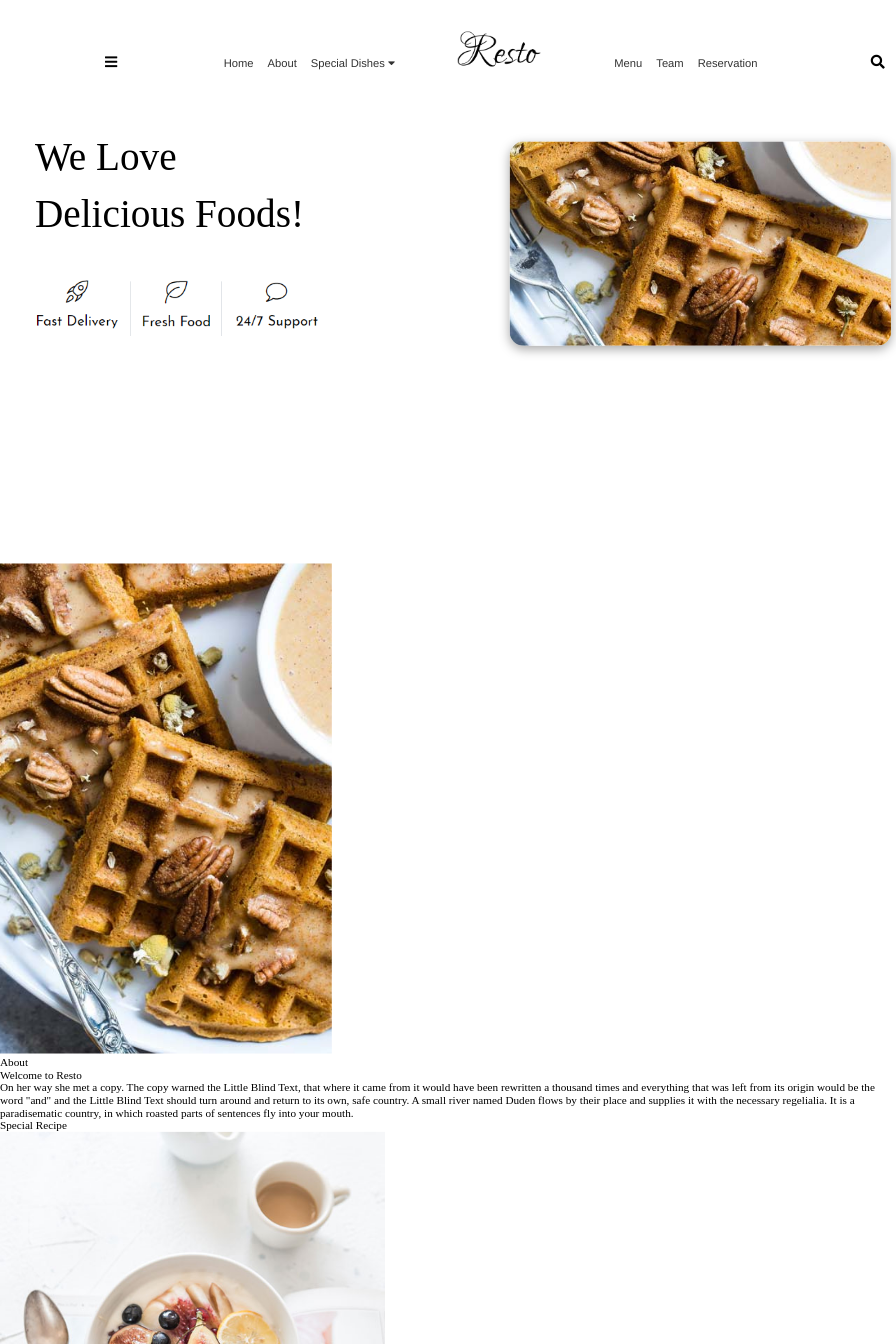
Repository: nguyenanhtuanHDU/myrestaurant
Page: index.html
These files come from the project's save history. The page is drawn as it stood at one moment and after the next save; the edit follows.
The browser window is 1280 px wide. The pictures show the part of the page from y = 0 to 1920 px (the page is 3483 px tall), at 70% of full size.

Above is the page before, as saved 2022-02-01 01:52:36.

### index.html
<!DOCTYPE html>
<html lang="en">
<head>
    <meta charset="UTF-8">
    <meta http-equiv="X-UA-Compatible" content="IE=edge">
    <meta name="viewport" content="width=device-width, initial-scale=1.0">
    <link rel="stylesheet" href="./assets/style.css">
    <link rel="stylesheet" href="./assets/icon/fontawesome-free-5.15.4-web/css/all.css">
    <link rel="stylesheet" href="./assets/main.js">
    <link rel="stylesheet" href="./aos/aos.css">
    <title>Resto</title>

</head>
<body>
    <div id="main">
        <div id="header">

            <i class="fas fa-bars" ></i>

            <ul id="nav_1" >
                <li><a href="">Home</a></li>
                <li><a href="">About</a></li>
                <li>
                <a href="">
                    Special Dishes
                    <i class="fas fa-caret-down"></i>
                </a>
                <ul class="subnav_1">
                    <li><a href="">
                        <i class="fas fa-angle-right"></i>
                        Beef Steak Sauce
                    </a></li>
                    <li><a href="">
                        <i class="fas fa-angle-right"></i>
                        Salmon Zucchini
                    </a></li>
                </ul>
                </li>
            </ul>

            <img src="./assets/image/logo.png" alt="" class="img_header" >

            <div id="nav_2">
                <ul>
                    <li><a href="">Menu</a></li>
                    <li><a href="">Team</a></li>
                    <li><a href="">Reservation</a></li>
                </ul>
            </div>

            <i class="fas fa-search"></i>

        </div>

        <div id="introduce">

            <div class="content">
                <h1 class="content_heading1">We Love</h1>
                <h1 class="content_heading2">Delicious Foods!</h1>
                <div class="list_content">
                    <img src="/assets/image/Content/1.png" alt="" class="img_content">
                    <img src="/assets/image/Content/2.png" alt="" class="img_content">
                    <img src="/assets/image/Content/3.png" alt="" class="img_content">

                </div>

                <div class="slider_dish">
                    <img class="img_dish" src="./assets/image/hero-1.jpg" >
                    <img class="img_dish" src="./assets/image/hero-2.jpg" >
                    <img class="img_dish" src="./assets/image/hero-3.jpg" >
                </div>
            </div>



            <div class="about">
                <img src="./assets/image/hero-2.jpg" alt="" class="img_about">
                <div class="about_content">
                    <div class="about_heading">About</div>
                    <div class="about_title">Welcome to Resto </div>
                    <div class="content_para">On her way she met a copy. The copy warned the Little Blind Text, that where it came from it would have been rewritten a thousand times and everything that was left from its origin would be the word "and" and the Little Blind Text should turn around and return to its own, safe country. A small river named Duden flows by their place and supplies it with the necessary regelialia. It is a paradisematic country, in which roasted parts of sentences fly into your mouth.

                    </div>

                    <div class="about_dish">
                        <div class="dish_title">Special Recipe </div>
                        <div class="list_dish">
                            <div class="dish_items">
                                <img src="./assets/image/hero-1.jpg" alt="" class="dish_img">
                                <div class="dish_name">Australian Organic Beef</div>
                            </div>
                            <div class="dish_items">
                                <img src="./assets/image/hero-1.jpg" alt="" class="dish_img">
                                <div class="dish_name">Australian Organic Beef</div>
                            </div>
                            <div class="dish_items">
                                <img src="./assets/image/hero-1.jpg" alt="" class="dish_img">
                                <div class="dish_name">Australian Organic Beef</div>
                            </div>

                        </div>
                    </div>
                </div>
            </div>
        </div>

        <div id="special">

        </div>

        <div id="menu">

        </div>

        <div id="team">

        </div>

        <div id="book">

        </div>

        <div id="footer">

        </div>
    </div>


    <script src="./assets/main.js">

    </script>
    <script src="./aos/aos.js">
        AOS.init();

    </script>


</body>
</html>

### assets/style.css
*{
    margin: 0;
    padding: 0;
    box-sizing: border-box;
}

#header{

    margin-top: 45px;
    margin-left: 150px;
}
#header .fa-bars:hover{
    color: #45b8ac;
    cursor: pointer;
    transform: rotate(360deg);
    transition: .6s ease;
}
#header .fa-bars{
    display: inline-block;
    margin-right: 140px;
    font-size: 20px;
}
#header .fa-search{
    font-size: 20px;
    margin-left: 150px;
}
#header .fa-search:hover{
    color: #45b8ac;
    cursor: pointer;
    font-size: 30px;
    transition: 0.4s ease;
}
#nav_1{
    display: inline-block;

}
#nav_1 > li {
    display: inline-block;
    position: relative;
}
#nav > li:hover{
    display: block;
}

#nav_1 > li > a {
    position: relative;
    font-family: Helvetica, Arial, sans-serif;
    opacity: 0.8;
    display: block;
    color: black;
    text-decoration: none;
    padding: 6px 8px;
}
#nav_1 > li > a:before {
    content: '';
    position: absolute;
    bottom: 0;
    left: 0;
    background-color: #45b8ac;
    height: 3px;
    width: 0%;
    transition: 0.6s ease ;
}
#nav_1 > li > a:hover:before {
    width: 100%;
}
#nav_1 li:hover .subnav_1{
    display: block;
    animation: subnav-1 1s ease ;
}
@keyframes subnav-1{
    0%{
        opacity: 0;
        left: 100px;
    }
    50%{
        left: -20px;
    }
    100%{
        left: 0;
    }

}
.subnav_1{
    position: absolute;
    top: 30px;
    opacity: 1;
    width: 162px;
    display: none;
    z-index: 2;
    overflow: hidden;
    border-top-right-radius: 19px;
    border-bottom-right-radius: 19px;
    box-shadow: rgba(0, 0, 0, 0.35) 0px 5px 15px;
}
.subnav_1 li{
    display: block;
}
.subnav_1 li a:hover{
    background-color: #45b8ac;
    color: white;
}
.subnav_1 li a{
    position: relative;
    font-family: Helvetica, Arial, sans-serif;
    opacity: 0.8;
    color: black;
    text-decoration: none;
    padding: 6px 8px;
    display: block;
}
.subnav_1 li a:before{
    content: '';
    position: absolute;
    top: 0;
    left: 0;
    background-color: #45b8ac;
    height: 100%;
    width: 0%;
    z-index: -1;
}
.subnav_1 li a:hover:before{
    color: white;
}



.img_header{
    width: 117.25px;
    height: 50px;
    margin-left: 78px;
    margin-right: 94px;
}
#nav_2{
    display: inline-block;
}
#nav_2 li {
    display: inline-block;
}

#nav_2 li a {
    position: relative;
    text-decoration: none;
    color: black;
    font-family: Helvetica, Arial, sans-serif;
    opacity: 0.8;
    padding: 6px 8px;
}
#nav_2 li a:before {
    content: '';
    position: absolute;
    bottom: 0;
    left: 0;
    background-color: #45b8ac;
    height: 3px;
    width: 0%;
    transition: 0.6s ease;
}
#nav_2 li a:hover:before {
    width: 100%;
}
#introduce{
    position: relative;
    height: 2000px;
}
.content{
    position: absolute;
    top: 86px;
    left: 50px;
}
.content_heading1{
    font-size: 3.5rem;
    font-weight: 300;
    line-height: 1.2;
}
.content_heading2{
    font-size: 3.5rem;
    font-weight: 300;
    line-height: 1.2;
    padding-top: 14px;
    padding-bottom: 59px;
}
.slider_dish{

}
.img_dish{
    position: absolute;
    width: 545px;
    height: 292px;
    object-fit: cover;
    top: 11px;
    left: 167%;
    box-shadow: rgba(0, 0, 0, 0.35) 0px 5px 15px;
    border-radius: 20px;
}
.about{
    position: absolute;
    top: 700px;
}
.img_about{
    width: 474px;
    height: 700px;
    object-fit: cover;
    ma
}

### assets/main.js

var myIndex = 0;
        carousel();

        function carousel() {
          var i;
          var x = document.getElementsByClassName("img_dish");
          for (i = 0; i < x.length; i++) {
            x[i].style.display = "none";
          }
          myIndex++;
          if (myIndex > x.length) {myIndex = 1}
          x[myIndex-1].style.display = "block";
          setTimeout(carousel, 3000);
        }

Loaded but not shown: assets/icon/fontawesome-free-5.15.4-web/css/all.css (library); aos/aos.css (library); aos/aos.js (library)

After the next save:
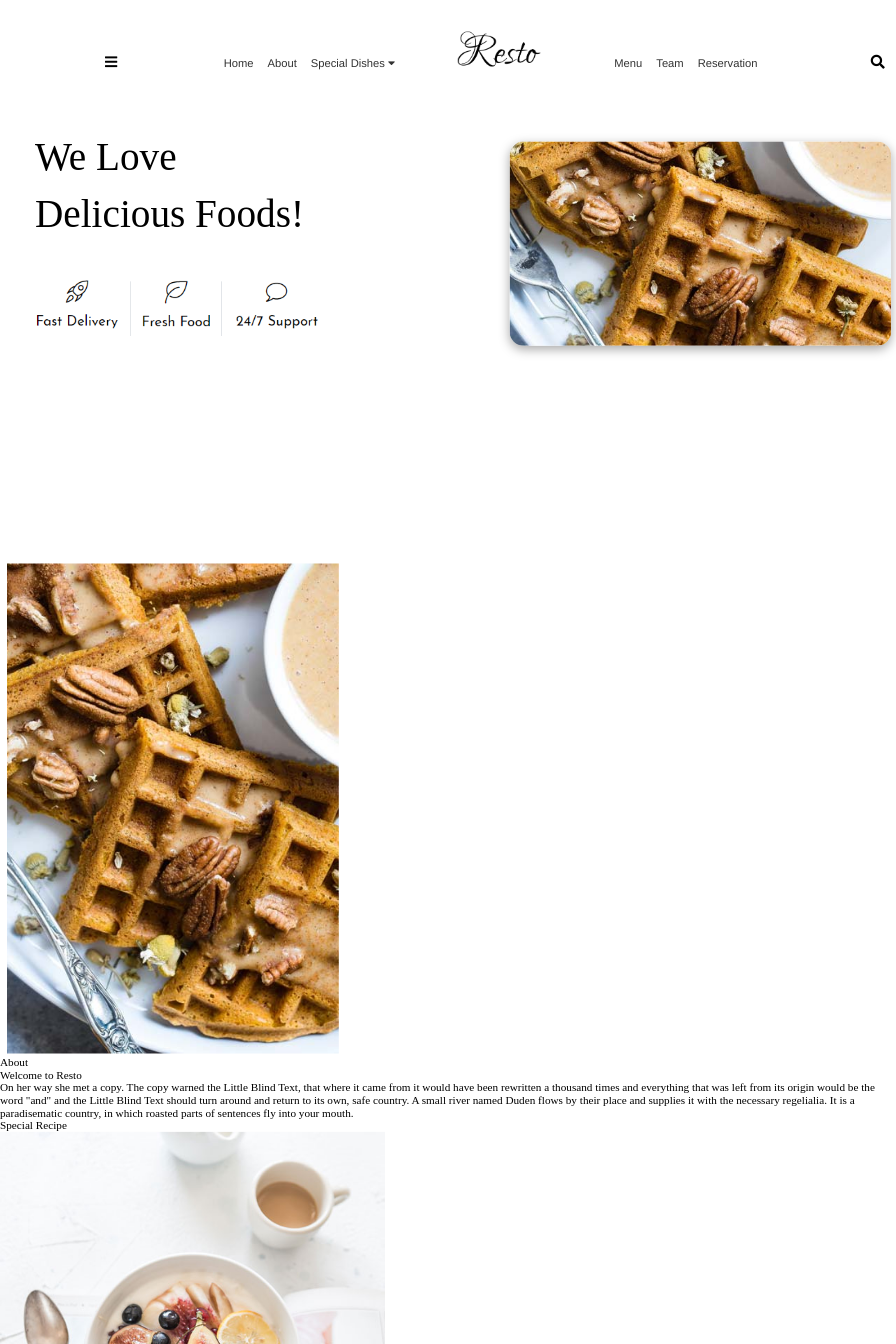
Saved 4 s later.
--- a/assets/style.css
+++ b/assets/style.css
@@ -201,5 +201,5 @@
     width: 474px;
     height: 700px;
     object-fit: cover;
-    ma
-}
+    margin-left: 10px;
+}
